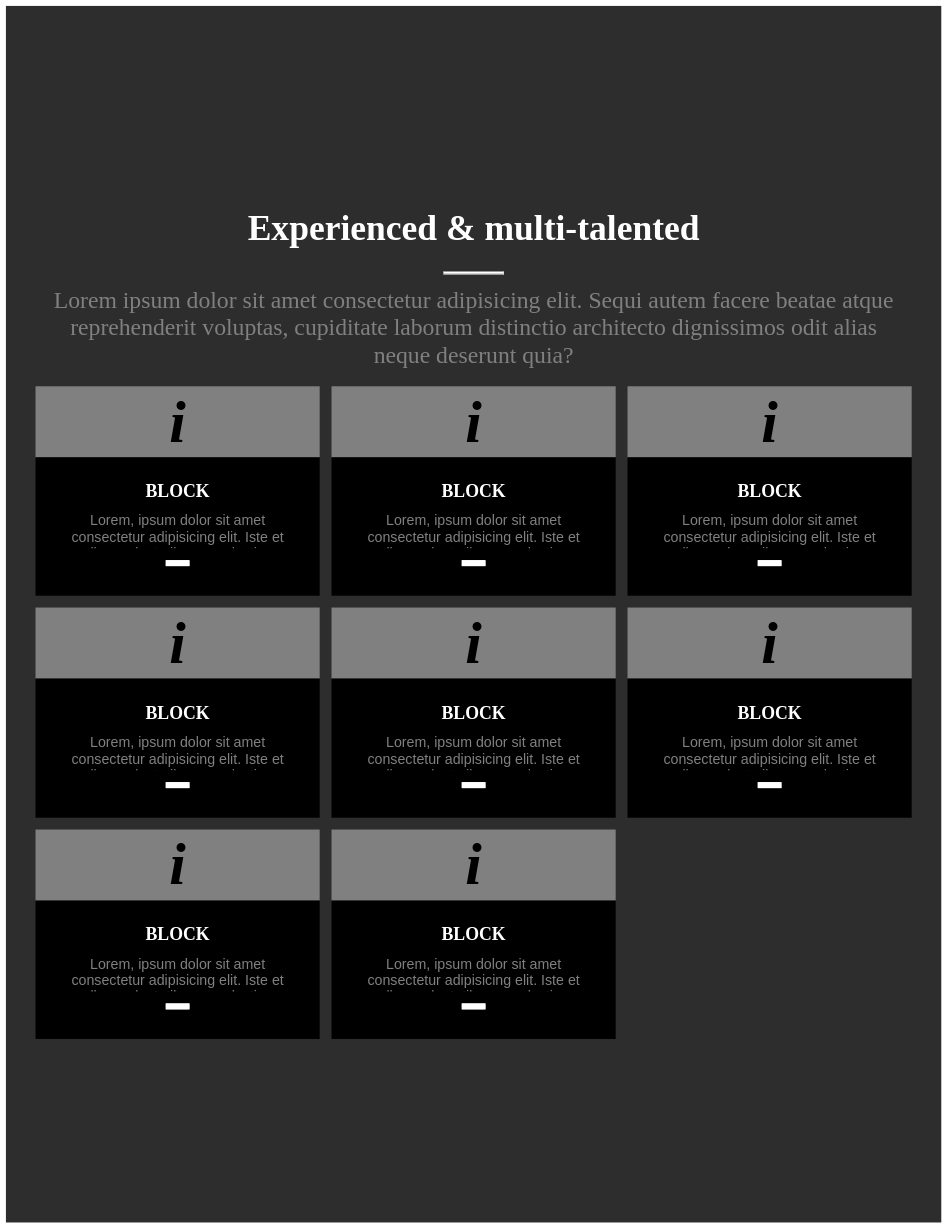
Repository: MohmdMHR/limesharp-test
Page: /
An editor plug-in stored every save of this project. The page is shown before and after the next save, followed by the edit.
The browser window is 1280 px wide. The pictures show the whole page, at 74% of full size.
The project was rebuilt for these pictures with package versions that can differ from the ones it lists, and the page was loaded fresh each time. Also part of the build but not shown: vue.config.js.

Above is the page before, as saved 2022-07-20 18:06:50.

After the next save:
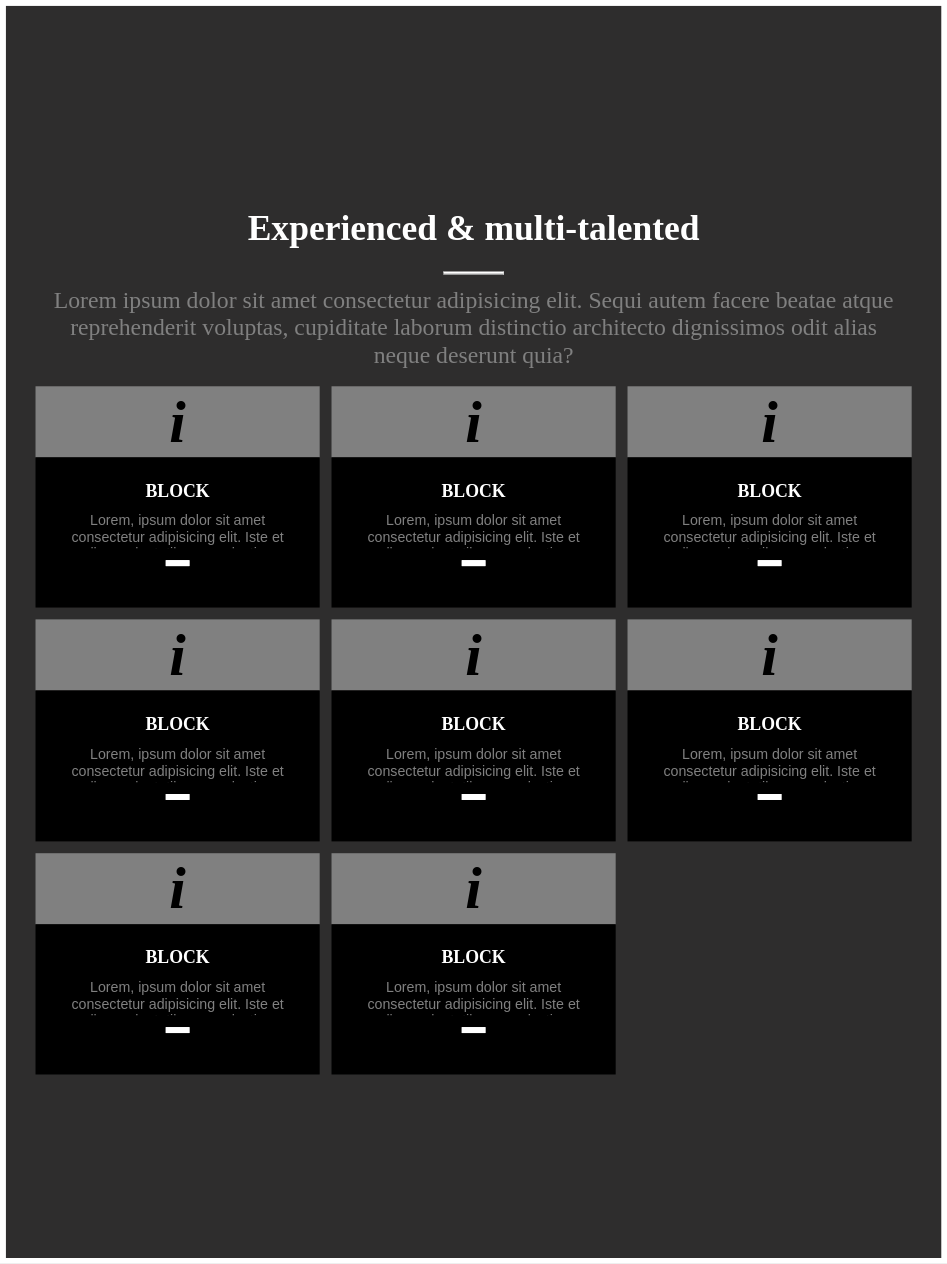
Saved 2 min 15 s later.
--- a/src/components/card.vue
+++ b/src/components/card.vue
@@ -76,13 +76,11 @@ export default {
   font-size: 1.2rem;
   &.collapsed {
     height: 100%;
-
-    position: absolute;
     z-index: 1;
   }
 }
 .card-btn {
-  margin-inline: auto;
+  margin: 1rem auto;
   cursor: pointer;
   height: 2rem;
   position: relative;
